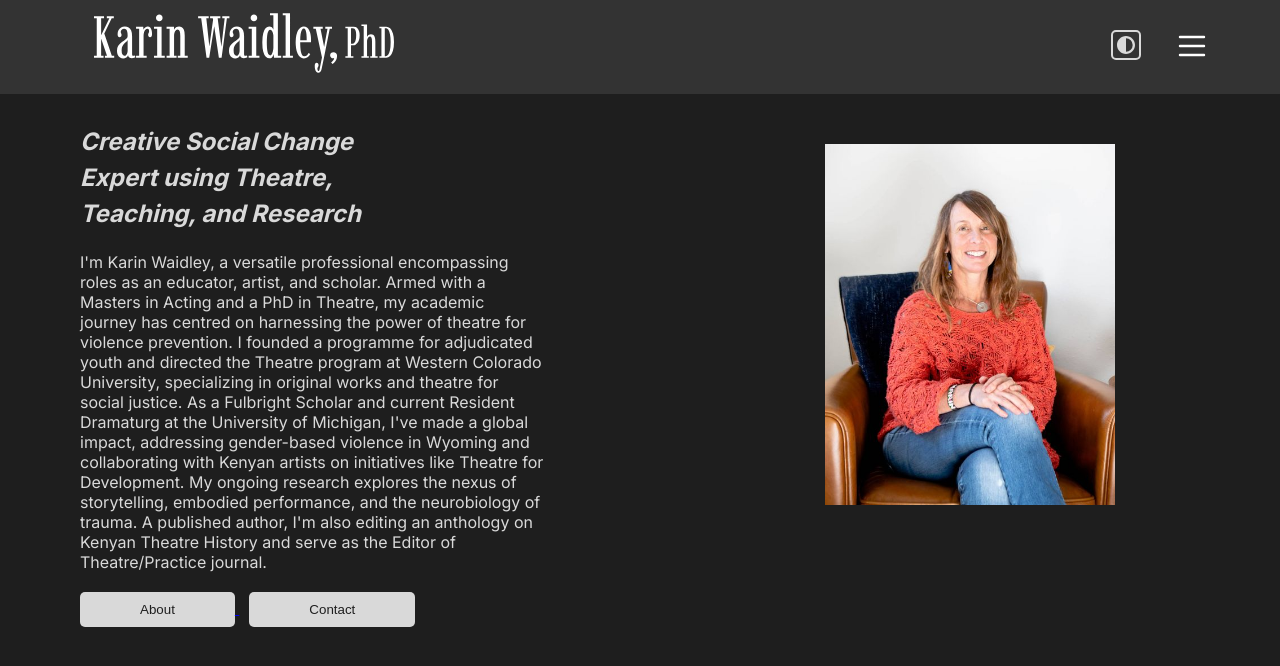
Repository: Ceasor7/Karin
Page: index.html
An editor plug-in stored every save of this project. The page is shown before and after the next save, followed by the edit.
The browser window is 1280 px wide. The pictures show the whole page.

Above is the page before, as saved 2023-12-15 21:09:22.

After the next save:
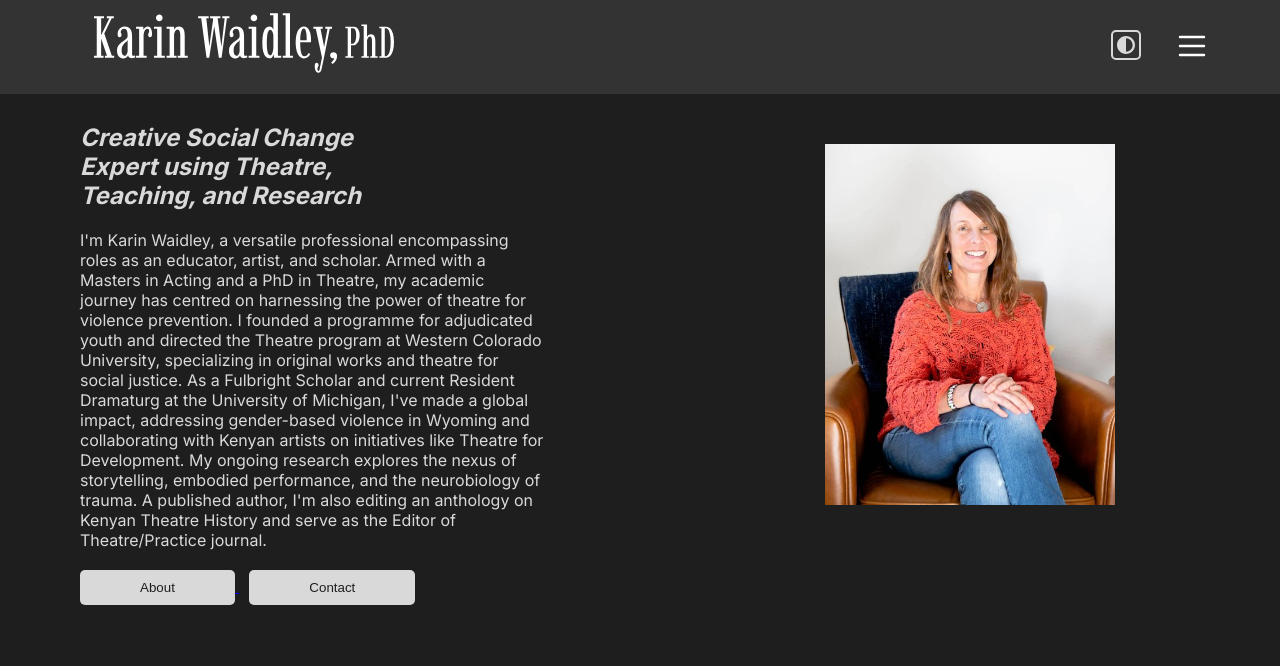
Saved 22 s later.
--- a/index.html
+++ b/index.html
@@ -161,7 +161,7 @@
             font-weight: 3em;
             font-style: italic;
             margin-bottom: 20px;
-            line-height: 1.5em;
+            line-height: 1.2em;
 
         }
 
